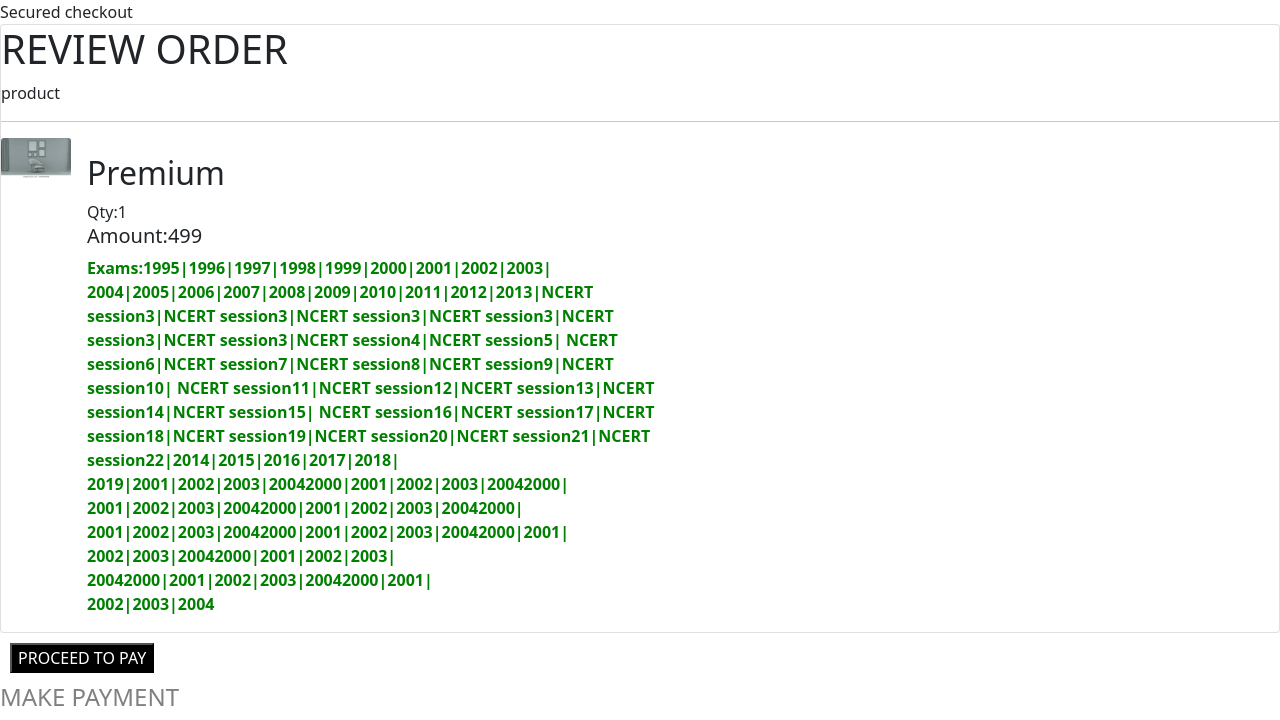
Repository: sreech465/e-prathibha
Page: /checkouts
These files come from the project's save history. The page is drawn as it stood at one moment and after the next save; the edit follows.
The browser window is 1280 px wide. The pictures show the whole page.
The project was rebuilt for these pictures with package versions that can differ from the ones it lists, and the page was loaded fresh each time. Also part of the build but not shown: src/Redux/Actions.js, src/Components/Register.js, src/Components/Verify.js, src/Components/Header.js, src/Components/Login.js, src/Components/Popup.css, src/Components/Popup.js, src/Components/WritExam.css and 9 more.

Above is the page before, as saved 2022-10-18 18:56:48.

After the next save:
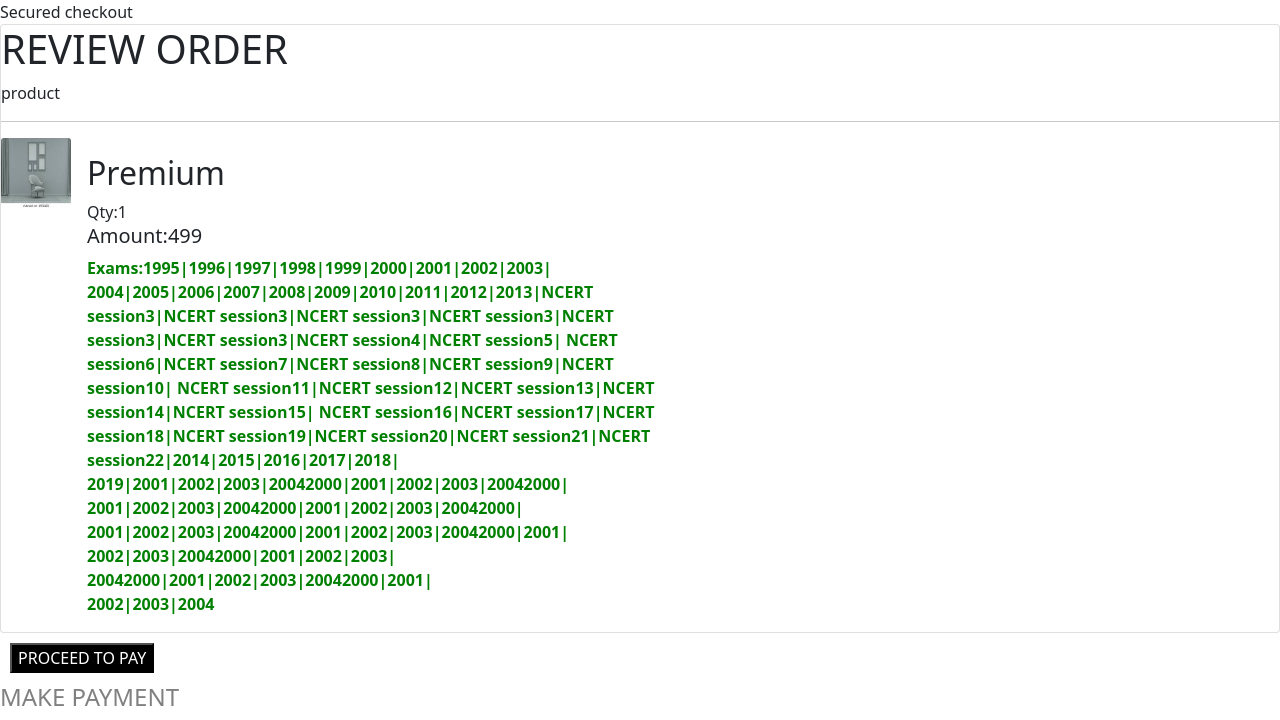
Saved 32 s later.
--- a/src/Components/Checkouts.js
+++ b/src/Components/Checkouts.js
@@ -12,7 +12,7 @@ const Checkouts = () => {
         <div style={{ display: "flex" }}>
           <img
             class="card-img-top"
-            style={{ width: 70, height: 40 }}
+            style={{ width: 70, height: 70 }}
             src="data:[embedded picture, 3279 characters]"
             alt="Card image cap"
           />
